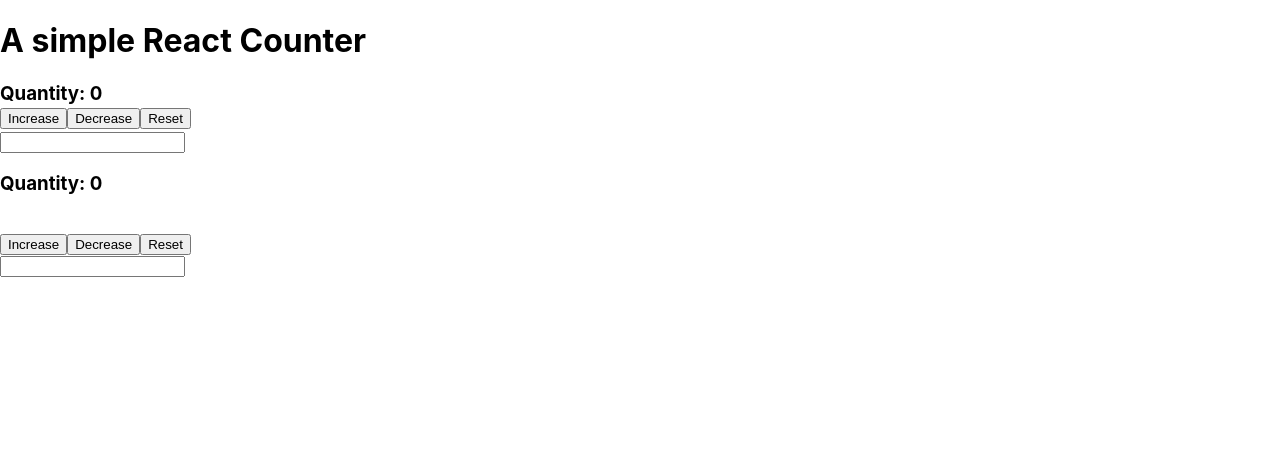
Repository: qudos4real/altschool-second-sem
Page: /
These files come from the project's save history. The page is drawn as it stood at one moment and after the next save; the edit follows.
The browser window is 1280 px wide. The pictures show the whole page.
The project was rebuilt for these pictures with package versions that can differ from the ones it lists, and the page was loaded fresh each time. A package was used in the major version that the imports need, not the one package.json lists. Also part of the build but not shown: src/App.css.

Above is the page before, as saved 2022-11-04 09:50:33.

### src/App.js
import React from 'react';
import Counter from './Components/Counter';
import './App.css';
import Reducer from './Components/Reducer';
import Home from './Components/Home';




function App() {

  return (
    <>
    <Home />
    <Counter />
    <Reducer />
    </>

  );
}

export default App;

### src/Components/Counter.js
import React from "react";
import { useCounter } from "../hooks/useCounter";

function Counter() {
  const quantity = useCounter(0);
  return (
    <div>
      <h3>
        Quantity: {quantity.count}
        <br />
        <button onClick={quantity.increment}>Increase</button>
        <button onClick={quantity.decrement}>Decrease</button>
        <button onClick={quantity.reset}>Reset</button>
        <br />
        <input
          type="number"
          onChange={(e) => quantity.setValue(e.target.value)}
        />
      </h3>
    </div>
  );
}

export default Counter;

### src/Components/Reducer.js
import React from "react";
import { useReducer } from "react";
import { reducer } from "../hooks/reducer.1";

function Reducer() {
  const [state, dispatch] = useReducer(reducer, { count: 0 });
  return (
    <>
      <h3> Quantity: {state.count}</h3>
      <br />
      <button onClick={() => dispatch({ type: "increment" })}>Increase</button>
      <button onClick={() => dispatch({ type: "decrement" })}>Decrease</button>
      <button onClick={() => dispatch({ type: "reset" })}>Reset</button>
      <br />
      <input
        type="number"
        onChange={(e) => dispatch({ type: "setValue", value: e.target.value })}
      />
    </>
  );
}

export default Reducer;

### src/Components/Home.js
import React from "react";

function Home() {
  return (
    <div>
      <h1>A simple React Counter</h1>
    </div>
  );
}

export default Home;

### src/hooks/useCounter.js
import { useState } from "react";

export const useCounter = (initialValue) => {
    const [count, setCount] = useState(initialValue);
    const increment = () => {
        setCount(count + 1);
    };
    const decrement = () => {
        count > 0 && setCount(count - 1);
    };
    const reset = () => {
        setCount(initialValue);
    };
    const setValue = (value) => {
        setCount(value);
    };
    return { count, increment, decrement, reset, setValue };
};

### src/hooks/reducer.1.js
export function reducer(state, action) {
    switch (action.type) {
        case "increment":
            return { count: state.count + 1 };
        case "decrement":
            return { count: state.count - 1 };
        case "reset":
            return { count: 0 };
        case "setValue":
            return { count: action.value };
        default:
            return state;
    }
}

Loaded but not shown: public/index.html (common file); src/index.js (common file); src/index.css (common file); src/reportWebVitals.js (common file)

After the next save:
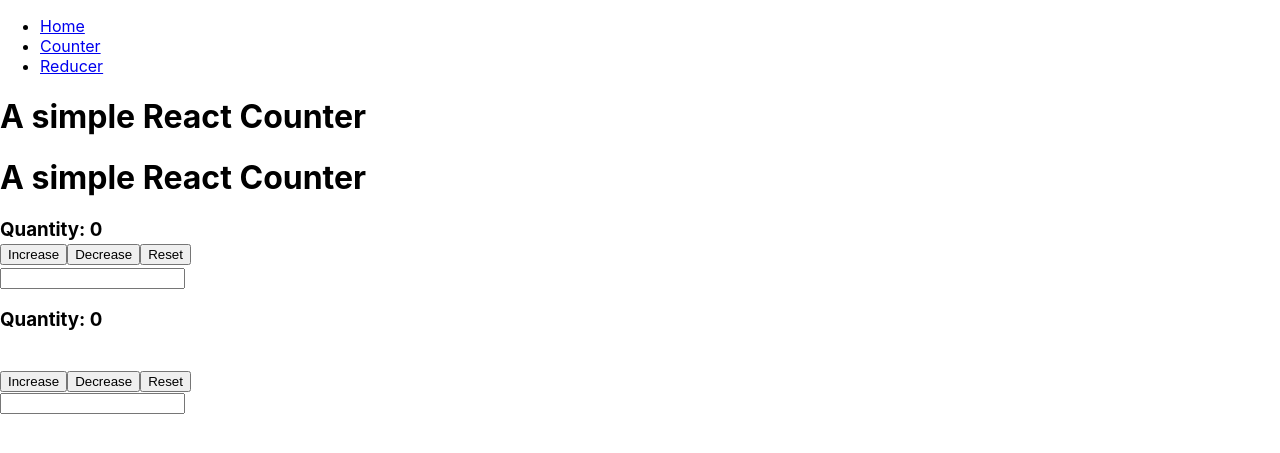
Saved 4 min 54 s later.
--- a/src/App.js
+++ b/src/App.js
@@ -3,6 +3,7 @@ import Counter from './Components/Counter';
 import './App.css';
 import Reducer from './Components/Reducer';
 import Home from './Components/Home';
+import { BrowserRouter as Router, Route, Switch } from 'react-router-dom';
 
 
 
@@ -11,6 +12,26 @@ function App() {
 
   return (
     <>
+      <Router>
+        <nav>
+          <ul>
+            <li>
+              <a href="/">Home</a>
+            </li>
+            <li>
+              <a href="/counter">Counter</a>
+            </li>
+            <li>
+              <a href="/reducer">Reducer</a>
+            </li>
+          </ul>
+        </nav>
+        <Switch>
+          <Route exact path="/" component={Home} />
+          <Route exact path="/counter" component={Counter} />
+          <Route exact path="/reducer" component={Reducer} />
+        </Switch>
+      </Router>
     <Home />
     <Counter />
     <Reducer />
